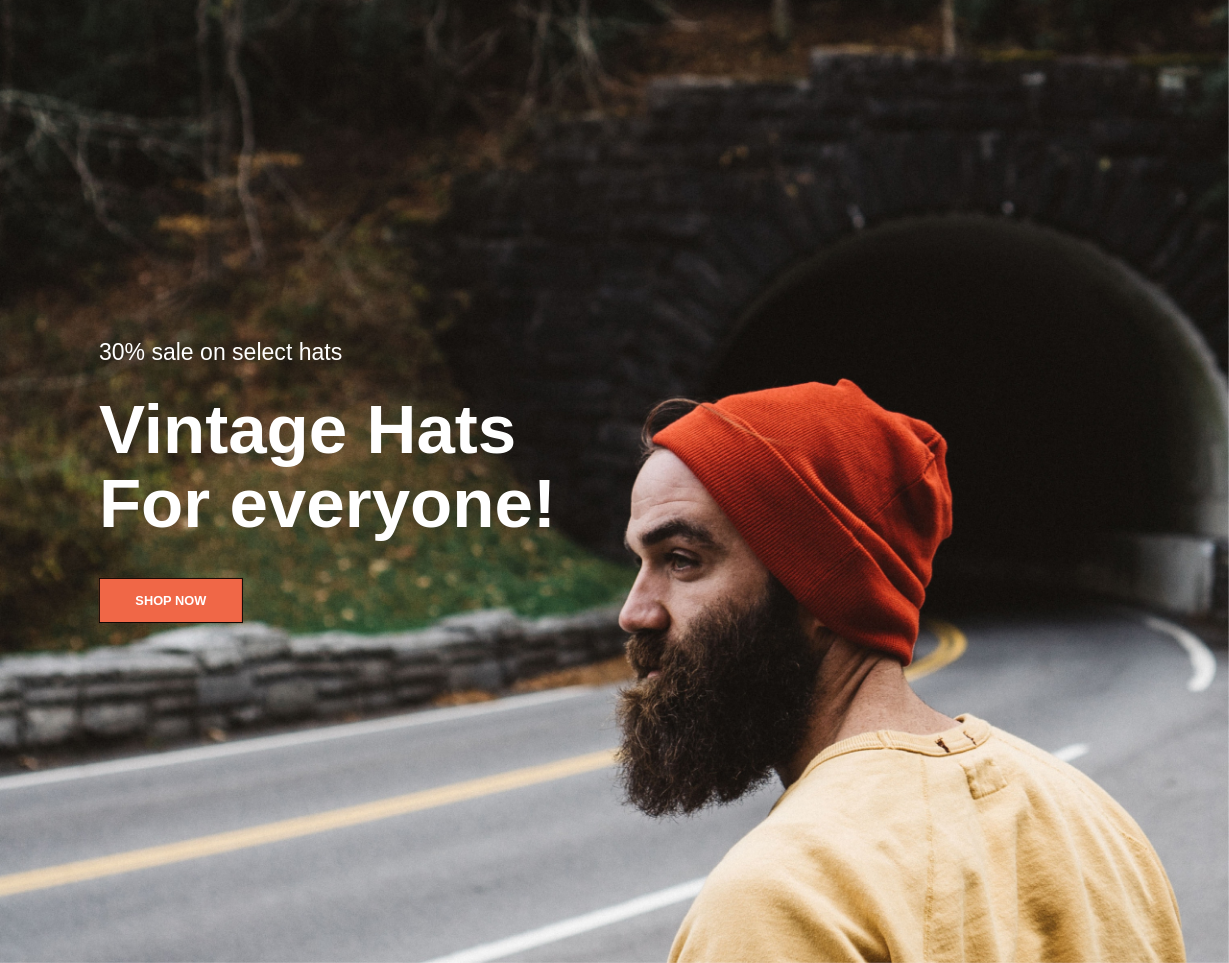
Repository: pixendrit/beetroot-fe-g1
Page: classwork/07 - Figma for Front-end developers/vintage-hats/index.html
These files come from the project's save history. The page is drawn as it stood at one moment and after a run of saves; the edit follows.
The browser window is 1280 px wide. The pictures show the whole page, at 96% of full size.

Above is the page before, as saved 2021-01-25 19:35:00.

### classwork/07 - Figma for Front-end developers/vintage-hats/index.html
<!doctype HTML>
<html lang="en">

<head>
  <meta charset="UTF-8">
  <meta name="viewport" content="width=device-width, initial-scale=1.0">
  <title>Vintage Hats</title>
  <link rel="stylesheet" href="styles/style.css">
</head>

<body>
  <main>
    <section class="hero-banner">
      <div class="container-full">
        <h4 class="offer-sale">30% sale on select hats</h4>
        <h1 class="main-title">Vintage Hats </br>
          For everyone!</h1>
        <button class="button">shop now</button>
      </div>
    </section>
  </main>
</body>

</html>

### classwork/07 - Figma for Front-end developers/vintage-hats/styles/style.css
/* http://meyerweb.com/eric/tools/css/reset/
   v2.0 | 20110126
   License: none (public domain)
*/

html, body, div, span, applet, object, iframe,
h1, h2, h3, h4, h5, h6, p, blockquote, pre,
a, abbr, acronym, address, big, cite, code,
del, dfn, em, img, ins, kbd, q, s, samp,
small, strike, strong, sub, sup, tt, var,
b, u, i, center,
dl, dt, dd, ol, ul, li,
fieldset, form, label, legend,
table, caption, tbody, tfoot, thead, tr, th, td,
article, aside, canvas, details, embed,
figure, figcaption, footer, header, hgroup,
menu, nav, output, ruby, section, summary,
time, mark, audio, video {
	margin: 0;
	padding: 0;
	border: 0;
	font-size: 100%;
	font: inherit;
	vertical-align: baseline;
}
/* HTML5 display-role reset for older browsers */
article, aside, details, figcaption, figure,
footer, header, hgroup, menu, nav, section {
	display: block;
}
body {
	line-height: 1;
}
ol, ul {
	list-style: none;
}
blockquote, q {
	quotes: none;
}
blockquote:before, blockquote:after,
q:before, q:after {
	content: '';
	content: none;
}
table {
	border-collapse: collapse;
	border-spacing: 0;
}

*,*:before,*:after {
  box-sizing: border-box;
}
body {
  font-family: sans-serif;
}
.hero-banner {
  width: 100%;
  float: left;
  background: url('../images/bg-img.jpg');
  color: white;
  padding: 354px 0;
}

.container-full {
  padding-left:103px;
  padding-right:103px;
  width: 100%;
  float: left;
}

.offer-sale {
  font-style: normal;
  font-weight: 300;
  font-size: 24px;
  line-height: 26px;
  margin-bottom: 29px;
}

.main-title {
  font-style: normal;
  font-weight: 700;
  font-size: 72px;
  line-height: 1.07em;
  margin-bottom: 39px;
}

.button {
  background: #F06747;
  border: 1px solid #000000;
  font-weight: 900;
  color: white;
  text-transform: uppercase;
  padding:15px 37px;
}

After the next 3 saves:
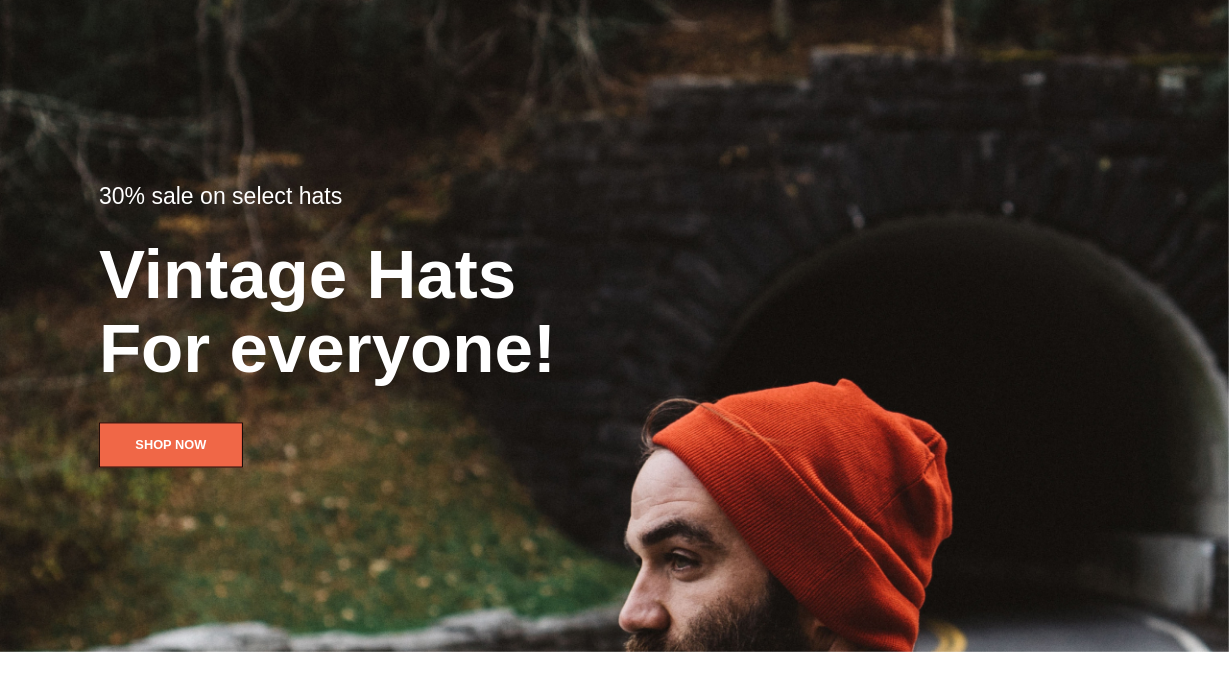
The 3 saves are shown as one change because they came seconds apart.
The last was saved 15 s later.
--- a/classwork/07 - Figma for Front-end developers/vintage-hats/styles/style.css
+++ b/classwork/07 - Figma for Front-end developers/vintage-hats/styles/style.css
@@ -58,7 +58,7 @@
   float: left;
   background: url('../images/bg-img.jpg');
   color: white;
-  padding: 354px 0;
+  padding: 15% 0;
 }
 
 .container-full {
